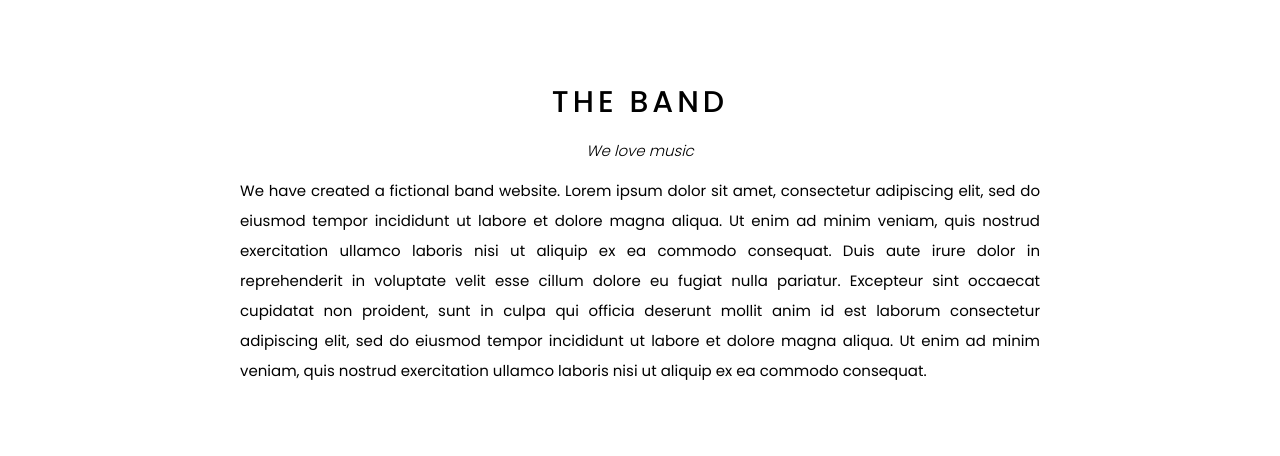
Repository: dptuyen1/the-band
Page: index.html
These files come from the project's save history. The page is drawn as it stood at one moment and after the next save; the edit follows.
The browser window is 1280 px wide. The pictures show the part of the page from y = 690 to 1146 px (the page is 1146 px tall before and 1125 px after).

Above is the page before, as saved 2023-06-02 14:51:01.

### index.html
<!DOCTYPE html>
<html lang="en">
  <head>
    <meta charset="UTF-8" />
    <meta http-equiv="X-UA-Compatible" content="IE=edge" />
    <meta name="viewport" content="width=device-width, initial-scale=1.0" />
    <title>Document</title>
    <link rel="stylesheet" href="./assets/css/style.css" />
    <link
      rel="stylesheet"
      href="https://cdnjs.cloudflare.com/ajax/libs/font-awesome/6.4.0/css/all.min.css"
      integrity="sha512-iecdLmaskl7CVkqkXNQ/ZH/XLlvWZOJyj7Yy7tcenmpD1ypASozpmT/E0iPtmFIB46ZmdtAc9eNBvH0H/ZpiBw=="
      crossorigin="anonymous"
      referrerpolicy="no-referrer"
    />
  </head>

  <body>
    <div id="wrapper">
      <header id="header">
        <ul id="nav">
          <li><a href="#">HOME</a></li>
          <li><a href="#">BAND</a></li>
          <li><a href="#">TOUR</a></li>
          <li><a href="#">CONTACT</a></li>
          <li>
            <a href="#">
              MORE
              <i class="fa-solid fa-caret-down"></i>
            </a>
            <ul class="sub-nav">
              <li><a href="#">Merchandise</a></li>
              <li><a href="#">Extras</a></li>
              <li><a href="#">Media</a></li>
            </ul>
          </li>
        </ul>
        <a href="#" class="search-btn">
          <i class="fa-solid fa-magnifying-glass"></i>
        </a>
      </header>
      <div id="slider">
        <div class="text-content">
          <h2 class="text-heading">New York</h2>
          <p class="text-description">
            The atmosphere in New York is lorem ipsum
          </p>
        </div>
      </div>
      <main id="content">
        <section class="content-section">
          <h2 class="section-heading">THE BAND</h2>
          <p class="section-slogan"><i>We love music</i></p>
          <p class="about-text">
            We have created a fictional band website. Lorem ipsum dolor sit
            amet, consectetur adipiscing elit, sed do eiusmod tempor incididunt
            ut labore et dolore magna aliqua. Ut enim ad minim veniam, quis
            nostrud exercitation ullamco laboris nisi ut aliquip ex ea commodo
            consequat. Duis aute irure dolor in reprehenderit in voluptate velit
            esse cillum dolore eu fugiat nulla pariatur. Excepteur sint occaecat
            cupidatat non proident, sunt in culpa qui officia deserunt mollit
            anim id est laborum consectetur adipiscing elit, sed do eiusmod
            tempor incididunt ut labore et dolore magna aliqua. Ut enim ad minim
            veniam, quis nostrud exercitation ullamco laboris nisi ut aliquip ex
            ea commodo consequat.
          </p>
        </section>
      </main>
      <footer id="footer"></footer>
    </div>
  </body>
  <script src="./assets/js/script.js"></script>
</html>

### assets/css/style.css
@import url("https://fonts.googleapis.com/css2?family=Poppins:wght@300;400;500;600;700&display=swap");

* {
  padding: 0;
  margin: 0;
  box-sizing: border-box;
}

html {
  font-size: 62.5%;
  font-family: "Poppins", sans-serif;
  scroll-behavior: smooth;
}

:root {
  --white: #fff;
  --black: #000;
  --text: #333;
}

#wrapper {
}
#header {
  height: 50px;
  background-color: var(--black);
  position: fixed;
  width: 100%;
  top: 0;
  /* or
  right: 0;
  left: 0; */
  z-index: 1;
}
#nav,
.sub-nav {
  list-style: none;
}
#nav li {
  display: inline-block;
  position: relative;
}

#nav li a {
  font-size: 1.6rem;
  text-decoration: none;
  line-height: 50px;
  padding: 0 24px;
  display: inline-block;
}

#nav > li > a {
  color: var(--white);
}

#nav li:hover > a {
  background-color: #ccc;
  color: var(--text);
}

#nav li:hover .sub-nav {
  display: block;
}

#nav .sub-nav {
  display: none;
  min-width: 160px;
  position: absolute;
  /* Cách top 1 đoạn = chiều cao thẻ cha (li) */
  top: 100%;
  /* Cách left 1 đoạn = chiều rộng thẻ cha (li)
  left: 100%; */
  left: 0;
  background-color: var(--white);
  box-shadow: 0 0 10px rgba(0, 0, 0, 0.3);
}

.sub-nav * {
  width: 100%;
}

#nav .sub-nav a {
  color: var(--black);
  padding: 0 16px;
  line-height: 40px;
}

.search-btn {
  display: block;
  font-size: 1.6rem;
  line-height: 50px;
  color: var(--white);
  padding: 0 16px;
  position: absolute;
  top: 0;
  right: 0;
}

.search-btn:hover {
  background-color: #f44336;
}

#slider {
  /* Với giá trị %: 50% chiều ngang của chính nó */
  padding-top: 50%;
  margin-top: 50px;
  background-image: url(https://www.w3schools.com/w3images/chicago.jpg);
  background-position: top center;
  background-repeat: no-repeat;
  background-size: cover;
  position: relative;
}

#slider .text-content {
  color: var(--white);
  position: absolute;
  left: 50%;
  bottom: 50px;
  transform: translateX(-50%);
  text-align: center;
}

#slider .text-heading {
  font-size: 1.8rem;
  font-weight: 500;
}

#slider .text-description {
  font-size: 1.6rem;
}
#content {
}

.content-section {
  width: 800px;
  margin: 0 auto;
  padding: 70px 0;
}

.section-heading,
.section-slogan {
  text-align: center;
}

.section-heading {
  font-size: 3rem;
  font-weight: 500;
  letter-spacing: 4px;
  margin: 10px 0;
}

.section-slogan {
  font-size: 1.5rem;
  font-weight: 300;
  margin: 14px 0;
}

.about-text {
  font-size: 1.5rem;
  text-align: justify;
  line-height: 2;
}

#footer {
}

Loaded but not shown: assets/js/script.js (no copy from this time; the picture is the same without it)

After the next save:
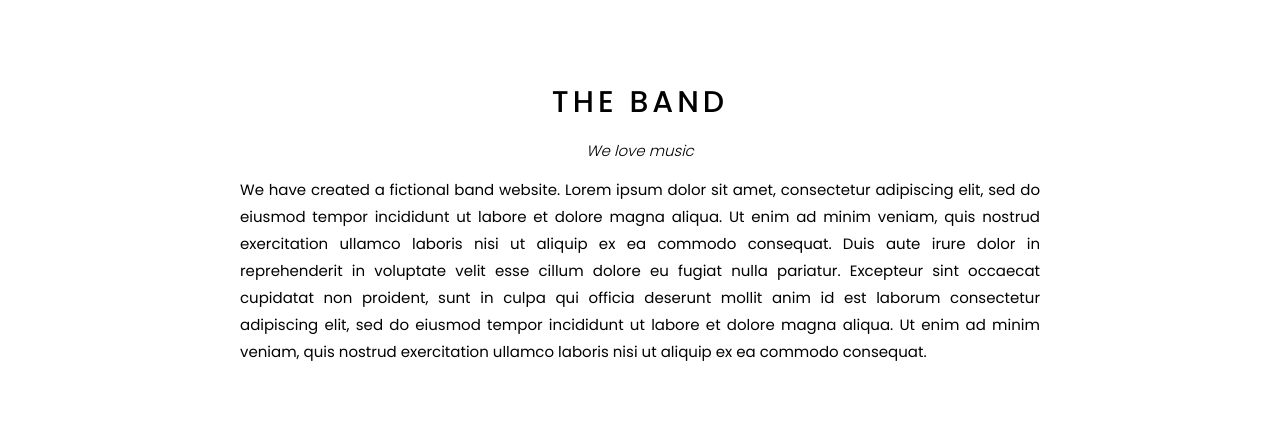
Saved 44 s later.
--- a/assets/css/style.css
+++ b/assets/css/style.css
@@ -157,7 +157,7 @@ html {
 .about-text {
   font-size: 1.5rem;
   text-align: justify;
-  line-height: 2;
+  line-height: 1.8;
 }
 
 #footer {
